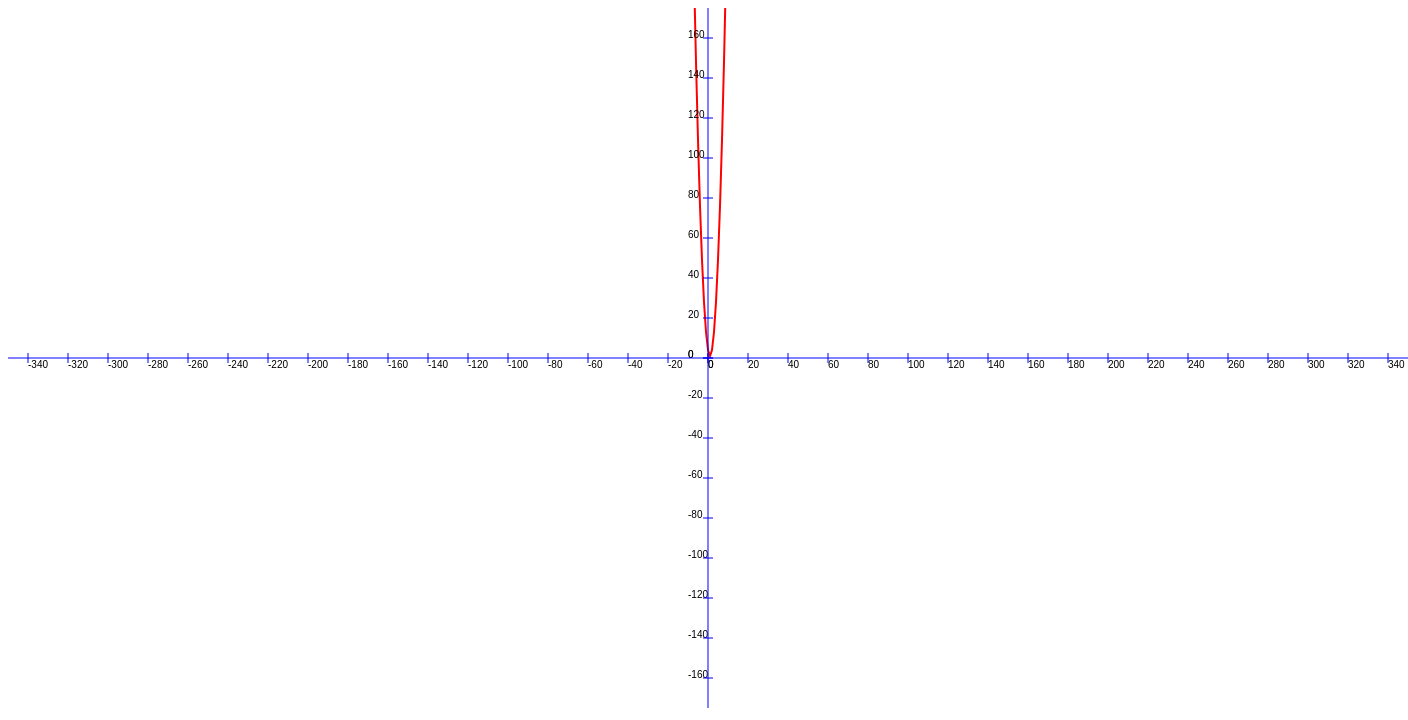
Repository: tclintaichung/book
Page: ex16/ex16_01/frame.html
These files come from the project's save history. The page is drawn as it stood at one moment and after the next save; the edit follows.
The browser window is 1280 px wide. The page is 1408 px wide, so the pictures cover 1408 px, including what lies to the right of the window. The pictures show the whole page.

Above is the page before, as saved 2025-09-27 16:32:36.

After the next save:
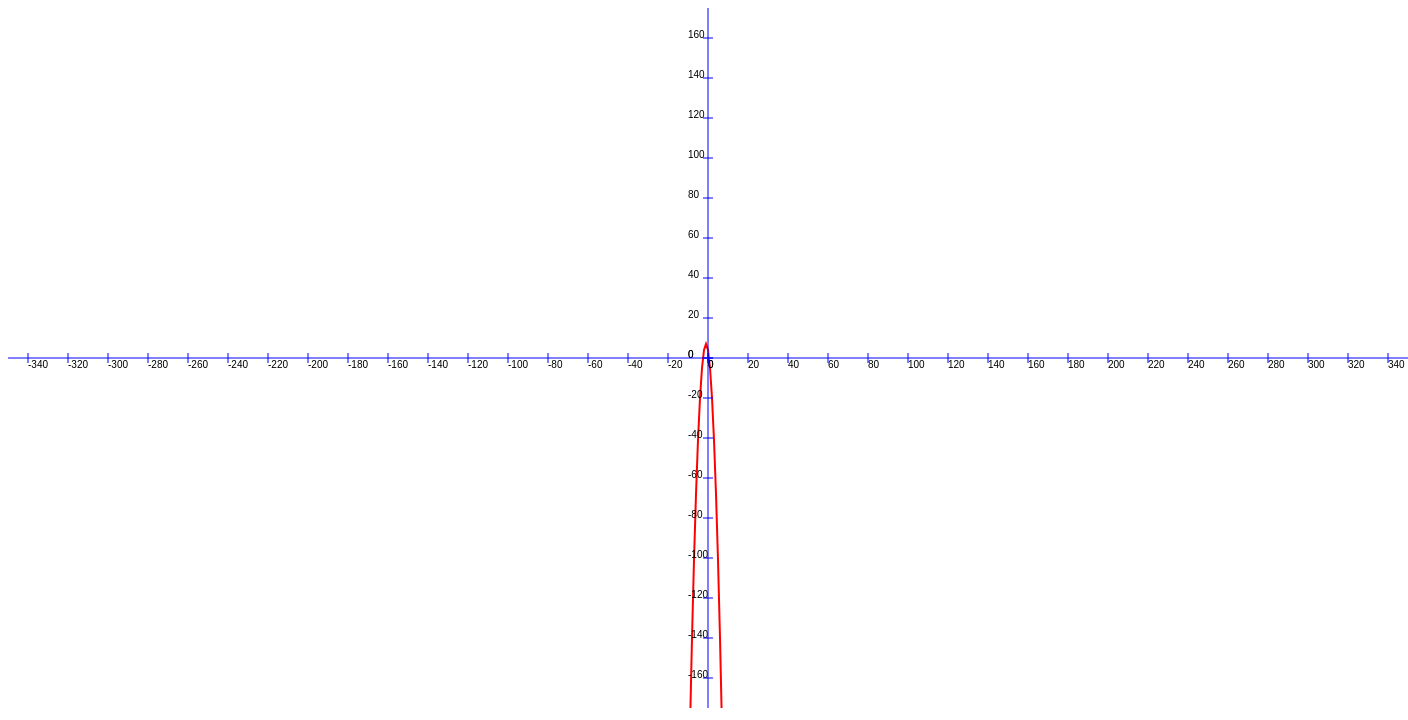
Saved 30 s later.
--- a/ex16/ex16_01/frame.html
+++ b/ex16/ex16_01/frame.html
@@ -8,7 +8,7 @@
 <body>
     <canvas id="myCanvas" width="300px" height="300px"></canvas>
     <script>
-        const a = 3;
+        const a = -3;
         const b = -6;
         const c = 4;
         const colors = ["#FF0000", "#00FF00", "#0000FF", "#FFFF00", "#FFA500", "#FFFFFF"];
